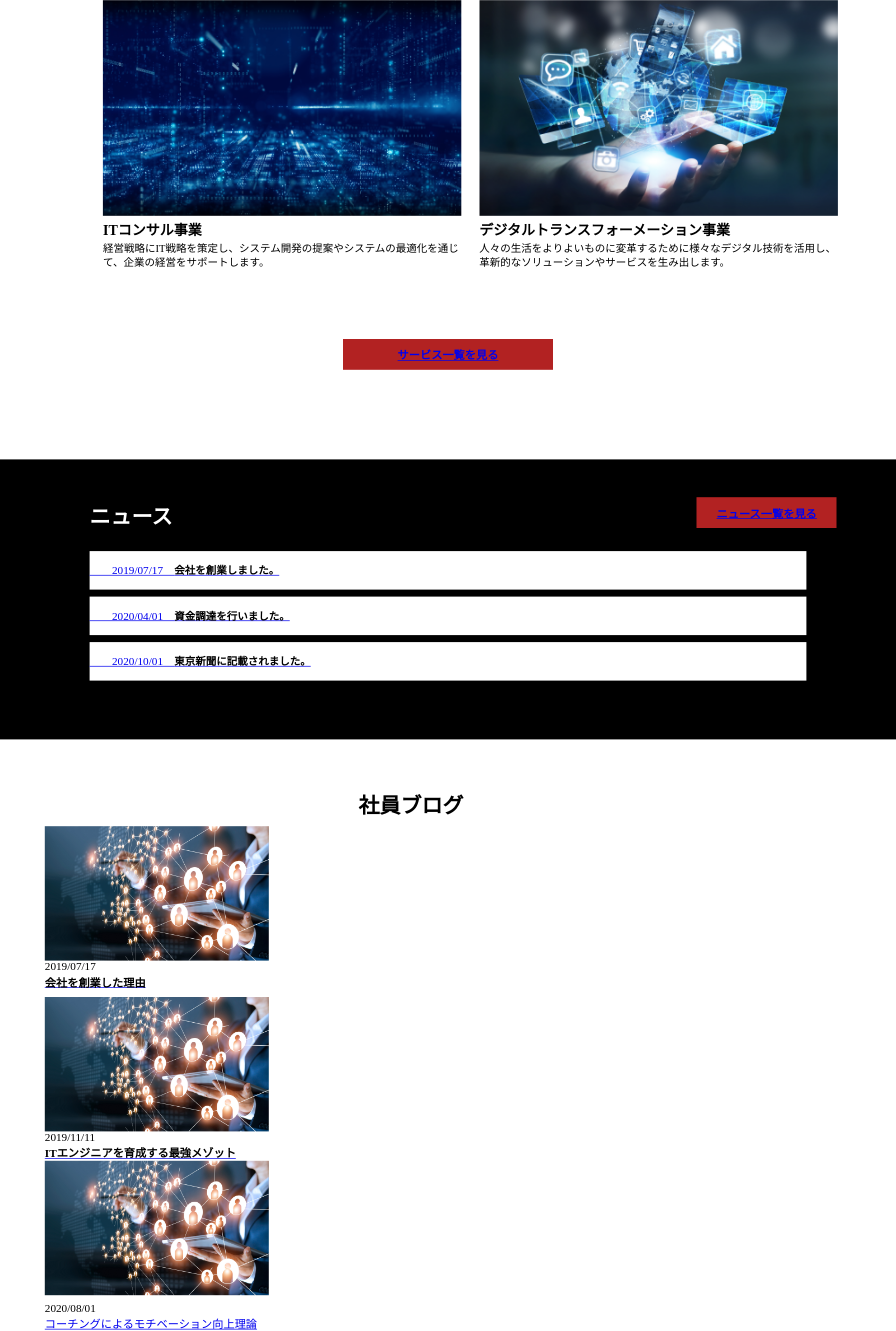
Repository: sigemasaasuka/20211012sigemasa
Page: index.html
These files come from the project's save history. The page is drawn as it stood at one moment and after a run of saves; the edit follows.
The browser window is 1280 px wide. The pictures show the part of the page from y = 1356 to 3276 px (the page is 3258 px tall before and 3276 px after), at 70% of full size.

Above is the page before, as saved 2021-10-19 17:54:41.

After the next 4 saves:
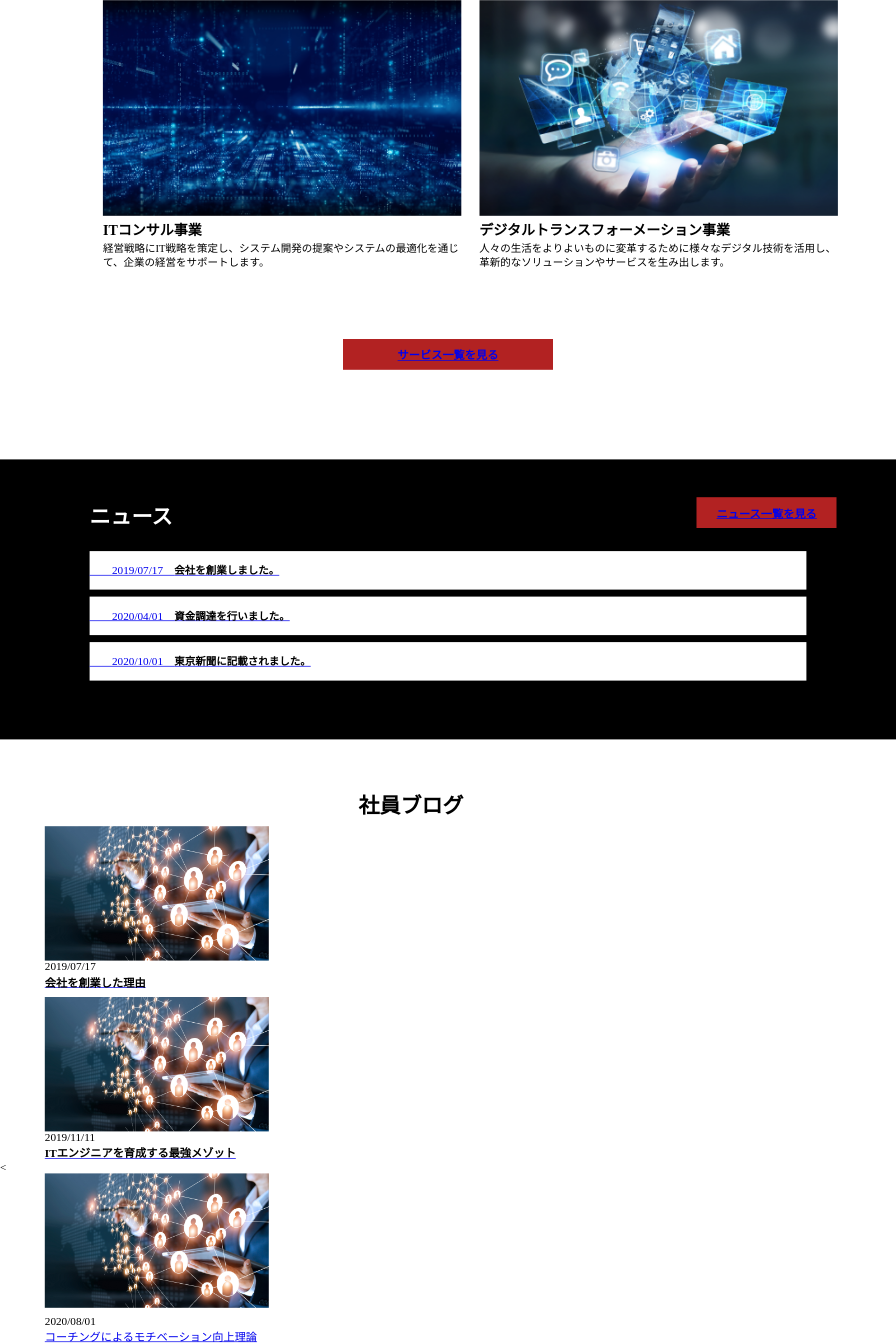
The 4 saves are shown as one change because they came seconds apart.
The last was saved 10 s later.
--- a/index.html
+++ b/index.html
@@ -117,7 +117,7 @@
           <a href="index.html"><p class="reason2">会社を創業した理由</p></a>
         </div>
         </div>
-        <div class="nurturing"></div>
+        <div class="nurturing">
         <div class="nurturing-png">
           <a href="index.html">
             <img src="img/blog.png" alt="blog">
@@ -127,7 +127,8 @@
             <p class="nurturing2">ITエンジニアを育成する最強メゾット</p>
           </a>
         </div>
-
+      </div>
+      <
         <div class="coaching-png">
         <a href="index.html">
           <img src="img/blog.png" alt="blog">
